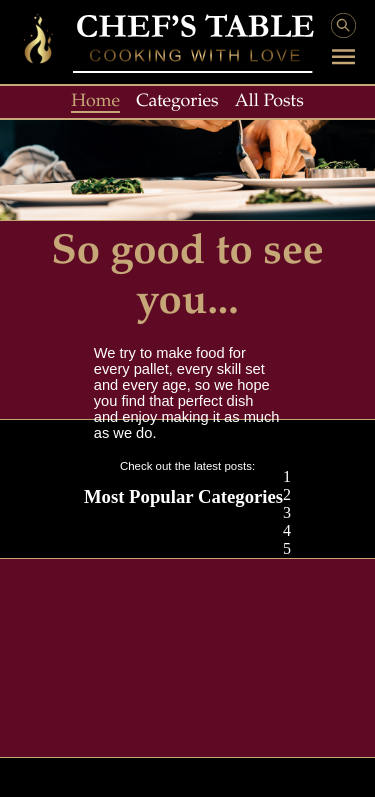
Repository: Noroff-FEU-Assignments/project-exam-1-runeunhjem
Page: index.html
These files come from the project's save history. The page is drawn as it stood at one moment and after the next save; the edit follows.
The browser window is 375 px wide. The pictures show the whole page.
The page's requests for data from a server got no answer.

Above is the page before, as saved 2023-05-01 14:15:14.

After the next save:
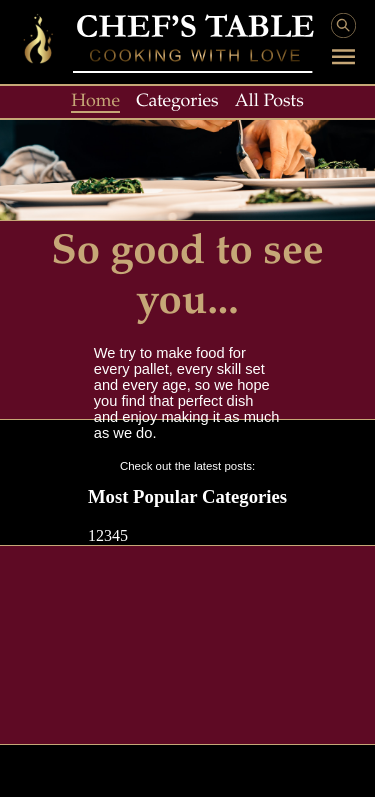
Saved 22 s later.
--- a/css/styles.css
+++ b/css/styles.css
@@ -270,7 +270,7 @@ main {
   margin: 0;
 }
 
-.categories {
+.categories-container {
   display: flex;
 }
 
@@ -306,4 +306,4 @@ footer {
     background-image: url(../images/hero-image.png);
     height: 100px;
   }
-}/*# sourceMappingURL=styles_20230501141514.css.map */
+}/*# sourceMappingURL=styles_20230501141536.css.map */
